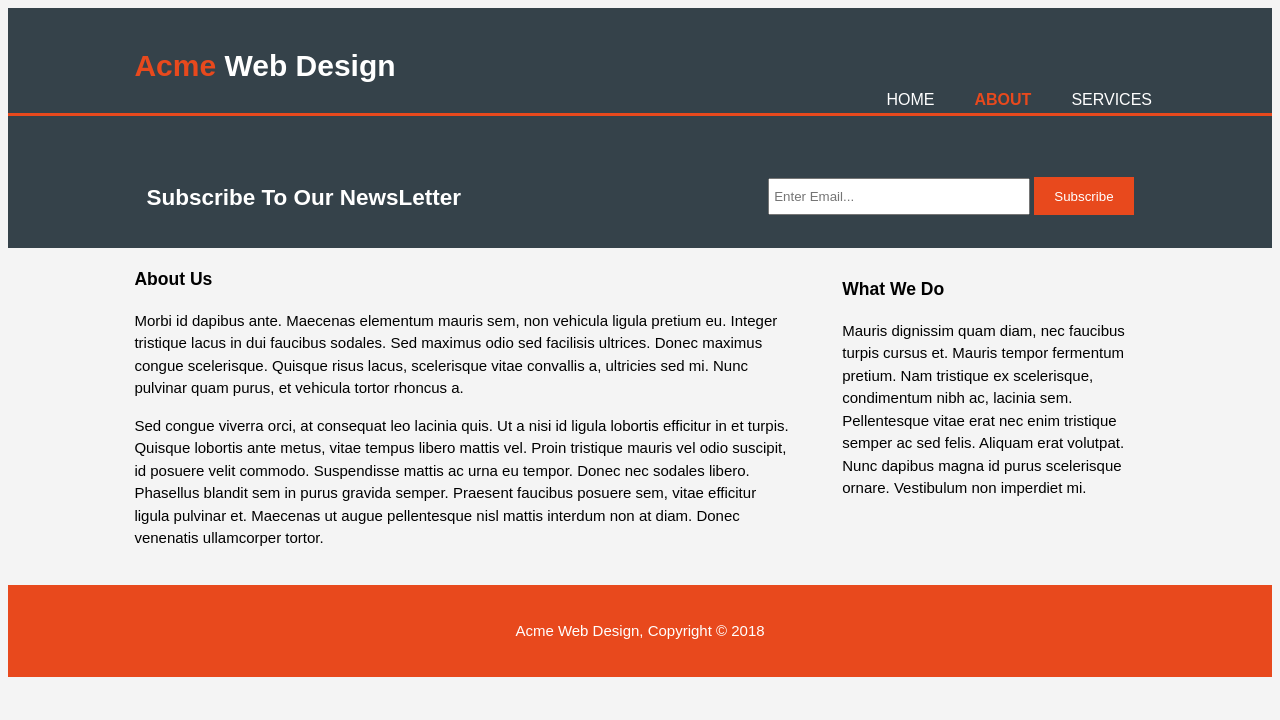
Repository: Meli9494/Proyecto-Bootstrap
Page: acme web/about.html
The author's editor kept a record of every edit. The page is drawn from the files as they stood at one moment, then again after the next edit.
The browser window is 1280 px wide. The pictures show the whole page.

Above is the page before.

After the next edit:
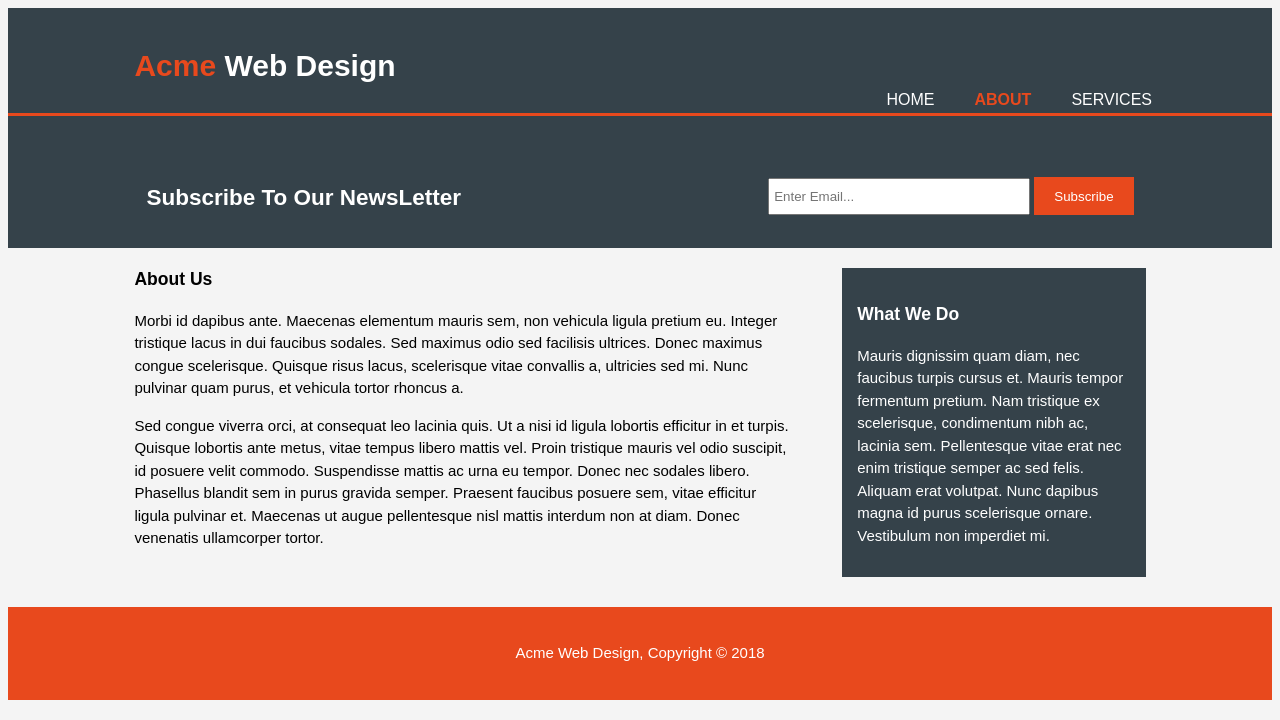
The edit:
--- a/acme web/about.html
+++ b/acme web/about.html
@@ -73,6 +73,7 @@
                 </article>
 
                 <aside id="sidebar">
+                    <div class="dark">
                     <h3>What We Do</h3>
                     <p>Mauris dignissim quam diam, nec faucibus turpis cursus et. Mauris tempor fermentum pretium. Nam tristique ex scelerisque, condimentum nibh ac, lacinia sem. Pellentesque vitae erat nec enim tristique semper ac sed felis. Aliquam erat volutpat. Nunc dapibus magna id purus scelerisque ornare. Vestibulum non imperdiet mi.</p>
                 </aside>
